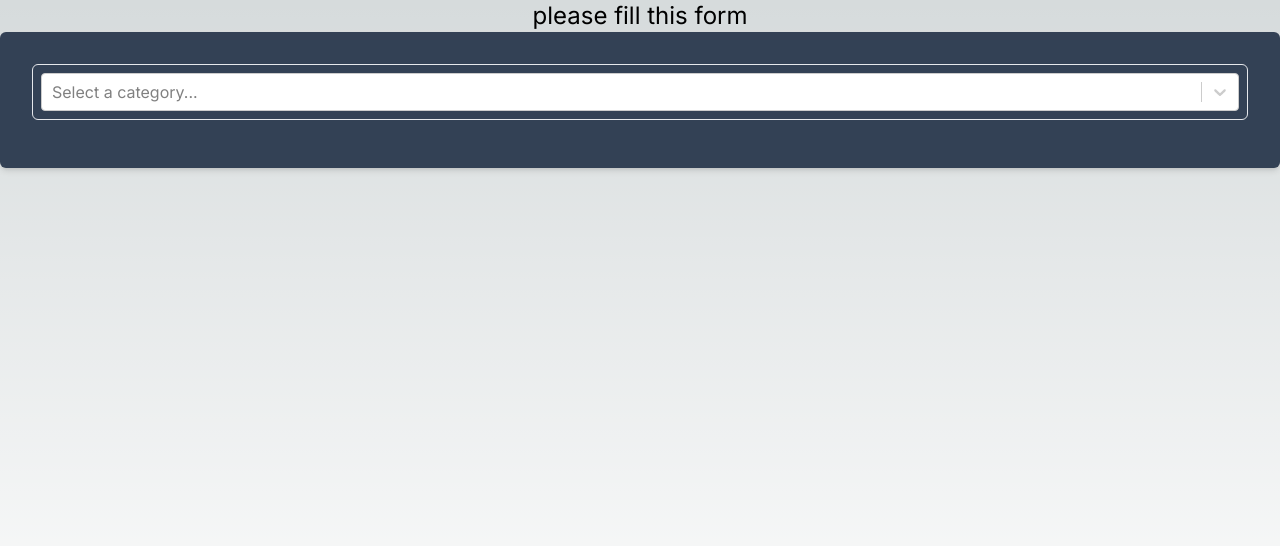
Repository: abdulrahmanmahmood/Mazaady-Portal-Frontend-Task-react-next--1
Page: /
These files come from the project's save history. The page is drawn as it stood at one moment and after the next save; the edit follows.
The browser window is 1280 px wide. The pictures show the whole page.
The page's requests for data from a server got no answer. The project was rebuilt for these pictures with package versions that can differ from the ones it lists, and the page was loaded fresh each time. The framework's server and built-in components were replaced by stand-ins that run in the browser. No one was signed in, and anything a server would have sent is missing. Also part of the build but not shown: next.config.mjs.

Above is the page before, as saved 2024-01-29 18:51:35.

### app/page.js
"use client";
import Image from "next/image";
import Select from "react-select";
import { useEffect, useState } from "react";
import MCApis from "./_utils/MCApis";

export default function Home() {
  const [cats, setCats] = useState([]);
  const [selectedCat, setSelectedCat] = useState(null);
  const [selectedCatChildren, setSelectedCatChildren] = useState([]);
  const [selectedChild, setSelectedChild] = useState(null);
  const [selectedProperty, setSelectedProperty] = useState(null);
  const [otherValue, setOtherValue] = useState("");

  useEffect(() => {
    getAllCategories();
  }, []);

  const getAllCategories = () => {
    MCApis.getAllCats().then((res) => {
      setCats(res.data.data.categories);
      console.log(res.data.data.categories);
    });
  };

  const handleChange = (selectedOption) => {
    const selectedCatItem = cats.find((cat) => cat.id === selectedOption.value);

    setSelectedCat(selectedOption);
    setSelectedCatChildren(selectedCatItem?.children || []);
    setSelectedChild(null);
    setSelectedProperty(null);
    setOtherValue("");
  };

  const handleChildChange = (selectedChildOption) => {
    setSelectedChild(selectedChildOption);
    setSelectedProperty(null);
    setOtherValue("");
  };

  const handlePropertyChange = (selectedPropertyOption) => {
    setSelectedProperty(selectedPropertyOption);
    if (selectedPropertyOption?.value !== "other") {
      setOtherValue("");
    }
  };

  return (
    <main className=" h-screen">
      <h2 className="text-center text-2xl">please fill this form</h2>
      <div className="bg-slate-700 p-8 rounded-md shadow-md w-full ">
        {/* Main Category Dropdown */}
        <Select
          options={cats.map((item) => ({
            value: item?.id,
            label: item?.name,
          }))}
          onChange={handleChange}
          value={selectedCat}
          placeholder="Select a category..."
          className="p-2 border rounded-md focus:outline-none focus:ring focus:border-blue-300 mb-4"
        />

        {/* Children Category Dropdown */}
        {selectedCat && selectedCatChildren.length > 0 && (
          <Select
            options={selectedCatChildren.map((child) => ({
              value: child.id,
              label: child.name,
            }))}
            onChange={handleChildChange}
            value={selectedChild}
            placeholder="Select a sub-category..."
            className="w-full p-2 border rounded-md focus:outline-none focus:ring focus:border-blue-300 mb-4"
          />
        )}

        {/* Property Dropdown */}
        {selectedChild && (
          <Select
            options={(selectedChild?.properties || [])
              .map((property) => ({
                value: property,
                label: property,
              }))
              .concat([{ value: "other", label: "Other" }])}
            onChange={handlePropertyChange}
            value={selectedProperty}
            placeholder="Select a property..."
            className="w-full p-2 border rounded-md focus:outline-none focus:ring focus:border-blue-300 mb-4"
          />
        )}

        {/* Display Selected Category, Children, and Property */}
        {selectedCat && (
          <>
            {selectedProperty && selectedProperty.value === "other" && (
              <input
                type="text"
                value={otherValue}
                onChange={(e) => setOtherValue(e.target.value)}
                placeholder="Enter other value..."
                className="mt-1 w-[250px] rounded-md border-red-600 shadow-sm  p-3"
              />
            )}
            {/* ... (your existing code) */}
          </>
        )}

      </div>
    </main>
  );
}

### app/_utils/MCApis.js
const { default: axiosClient } = require("./axiosClient");

const getAllCats = ()=>axiosClient.get('/get_all_cats?=');

export default {
  getAllCats
}

### app/_utils/axiosClient.js
const { default: axios } = require("axios");


const apiUrl = "https://staging.mazaady.com/api/v1";
const headers = {
  "private-key": "3%o8i}_;3D4bF]G5@22r2)Et1&mLJ4?$@+16"
};

const axiosClient = axios.create({
  baseURL:apiUrl,
  headers:headers

});

export default axiosClient;

Loaded but not shown: app/layout.js (common file); app/globals.css (common file); tailwind.config.js (common file)

After the next save:
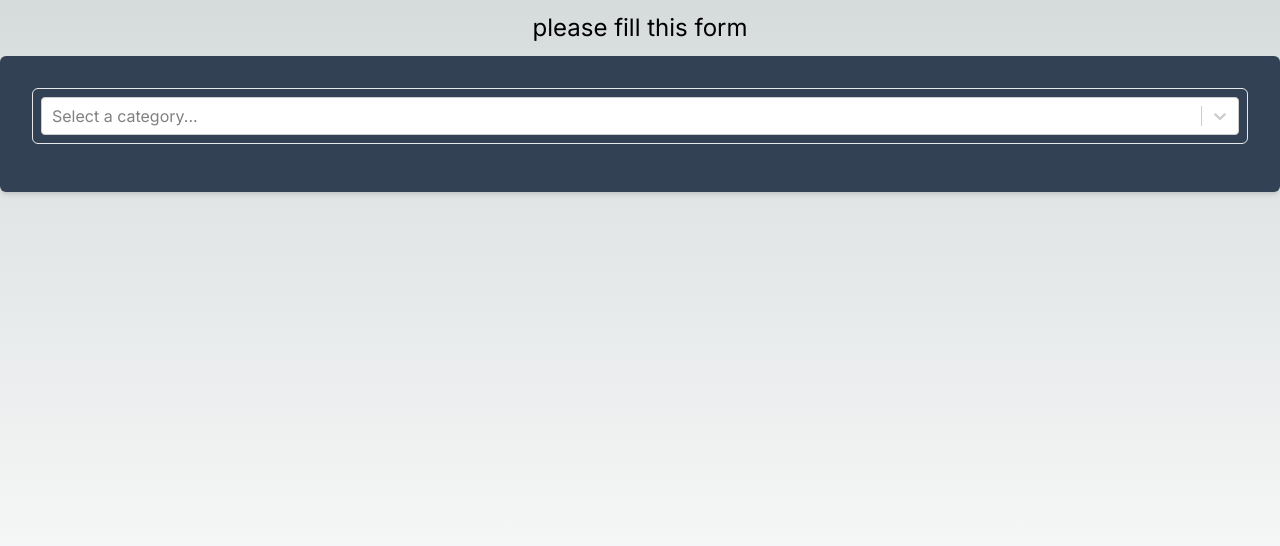
Saved 4 s later.
--- a/app/page.js
+++ b/app/page.js
@@ -48,7 +48,7 @@ export default function Home() {
 
   return (
     <main className=" h-screen">
-      <h2 className="text-center text-2xl">please fill this form</h2>
+      <h2 className="text-center text-2xl p-3">please fill this form</h2>
       <div className="bg-slate-700 p-8 rounded-md shadow-md w-full ">
         {/* Main Category Dropdown */}
         <Select
